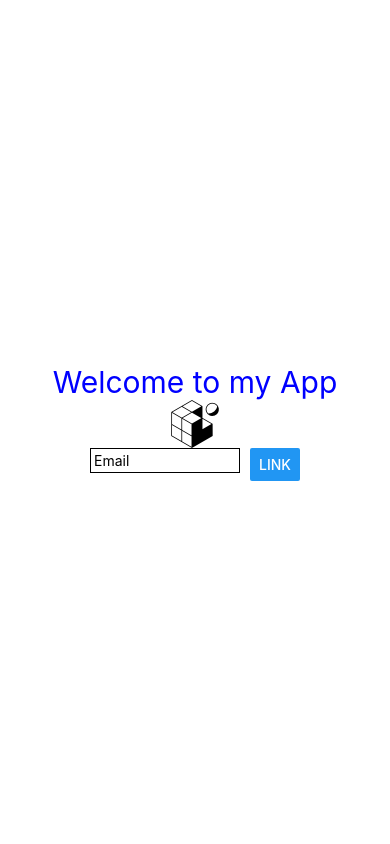
Repository: ntu34543/ReactNativeAndroid
Screen: /
These files come from the project's save history. The screen is drawn as it stood at one moment and after the next save; the edit follows.
The app was drawn by React Native's web renderer in a window 390 px wide. The project was rebuilt for these pictures with package versions that can differ from the ones it lists, and the page was loaded fresh each time.

Above is the screen before, as saved 2022-09-23 16:52:47.

### App.js
import { StatusBar } from "expo-status-bar";
import { StyleSheet, Text, View, Button, Image, TextInput, FlatList } from "react-native";

export default function App() {
  return (
    <View style={styles.container}>
      <Text style={styles.text}>Welcome to my App</Text>
      <Image source={require("./assets/favicon.png")} />
      <View style={styles.body}>
        <View>
          <TextInput style={styles.TextInput} placeholder="Email" />
        </View>
        <View style={styles.btn}>
          <Button title="Link" />
        </View>
      </View>
      <StatusBar style="auto" />
    </View>
  );
}

const styles = StyleSheet.create({
  container: {
    flex: 1,
    backgroundColor: "#fff",
    alignItems: "center",
    justifyContent: "center",
  },
  body: {
    display: "flex",
    flexDirection: "row",
  },
  TextInput: {
    padding: 3,
    borderWidth: 1,
    borderColor: "black",
    width: 150,
  },
  btn: {
    width: 50,
    marginLeft: 10,
  },
  text: {
    fontSize: 30,
    color: 'blue',
  }
});

After the next save:
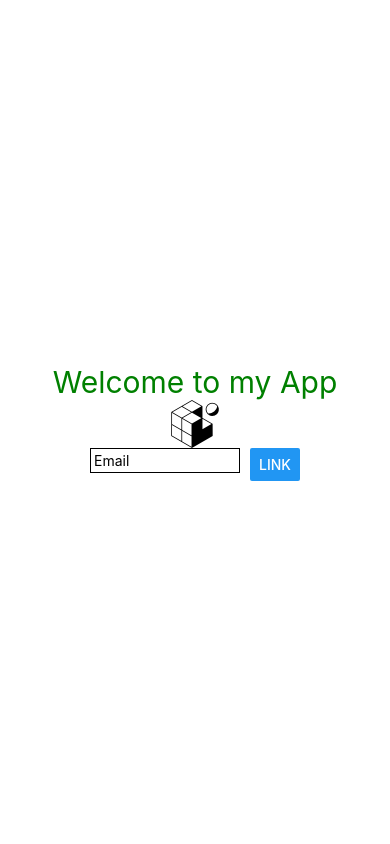
Saved 4 s later.
--- a/App.js
+++ b/App.js
@@ -42,6 +42,6 @@ const styles = StyleSheet.create({
   },
   text: {
     fontSize: 30,
-    color: 'blue',
+    color: 'green',
   }
 });
